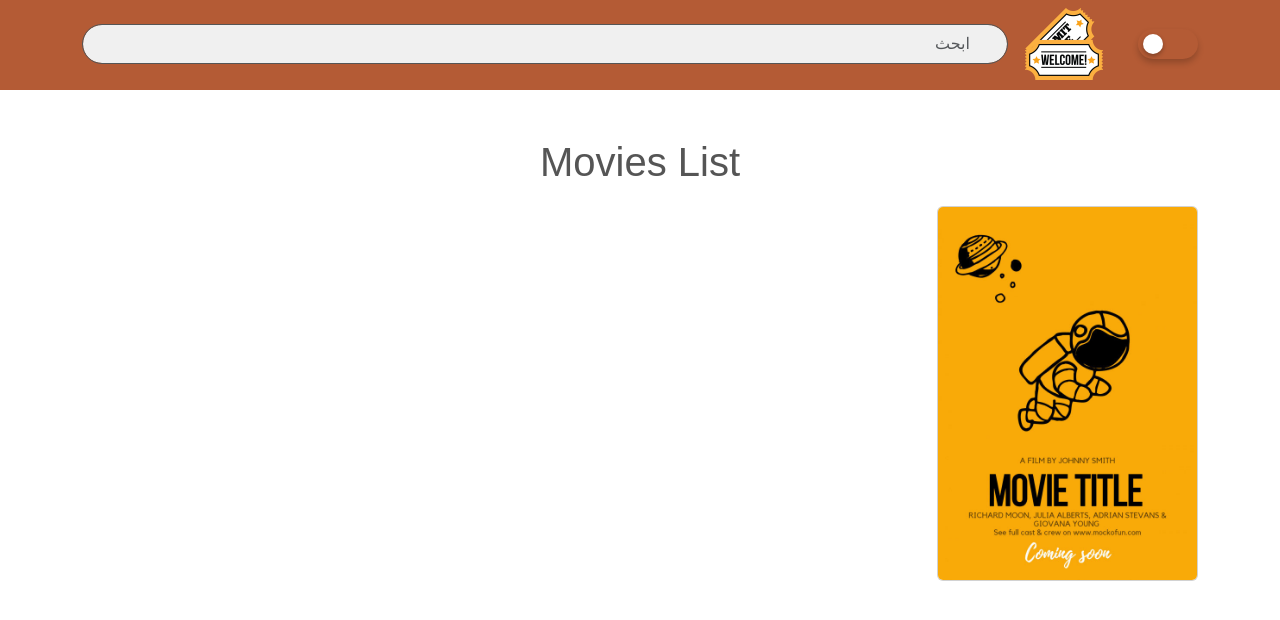
Repository: kerlos-alfy/Movie-List
Page: /
The author's editor kept a copy of each file at every save. The page is drawn from the files as they stood at one save, then again after the next save.
The browser window is 1280 px wide. The pictures show the whole page.
The page's requests for data from a server got no answer. The project was rebuilt for these pictures with package versions that can differ from the ones it lists, and the page was loaded fresh each time. No one was signed in, and anything a server would have sent is missing. Also part of the build but not shown: vite.config.js, src/App.css.

Above is the page before, as saved 2025-01-16 01:56:07.

After the next save:
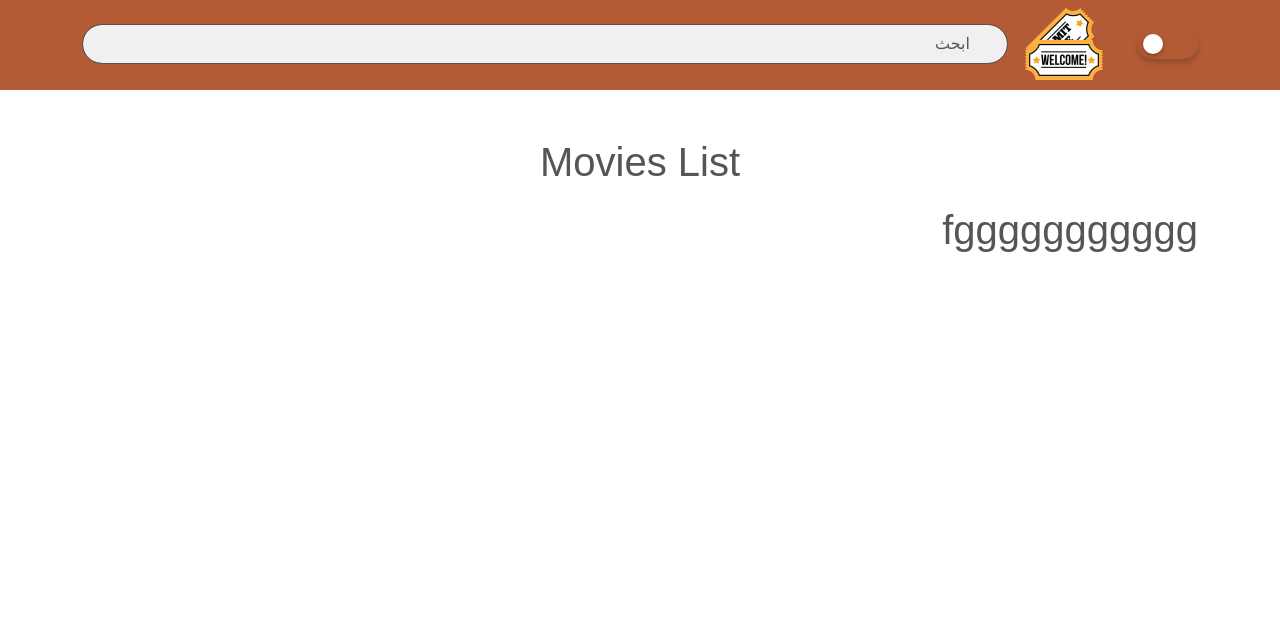
Saved 31 s later.
--- a/src/components/CardMovie.jsx
+++ b/src/components/CardMovie.jsx
@@ -3,17 +3,7 @@
 function CardMovie() {
 	return (
 		<Col xs="6" sm="6" md="4" lg="3" className="my-1">
-			<div className="card">
-				<img className="card__image" src="prof.jpg" alt="hu" />
-				<div className="card__overlay">
-					<div className="overlay__text text-center w-100 p-2">
-						<p>اسم الفيلم : </p>
-						<p>تاريخ الاصدار:</p>
-						<p>عدد المقيمين: </p>
-						<p>التقييم: </p>
-					</div>
-				</div>
-			</div>
+			<h1>fggggggggggg</h1>
 		</Col>
 	);
 }

After the 4 saves that followed:
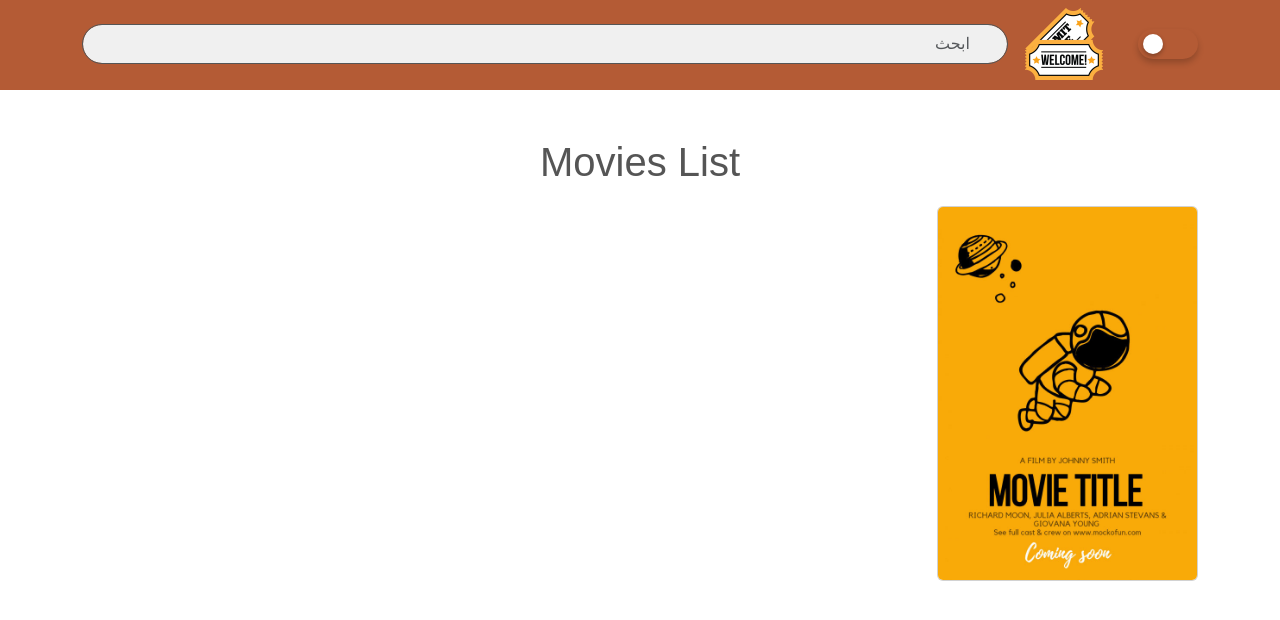
The 4 saves are shown as one change because 3 did not build or start.
The last was saved 3 min 12 s later.
--- a/src/components/CardMovie.jsx
+++ b/src/components/CardMovie.jsx
@@ -1,9 +1,19 @@
 import { Col } from "react-bootstrap";
 
-function CardMovie() {
+function CardMovie({ movies }) {
 	return (
 		<Col xs="6" sm="6" md="4" lg="3" className="my-1">
-			<h1>fggggggggggg</h1>
+			<div className="card">
+				<img className="card__image" src="prof.jpg" alt="hu" />
+				<div className="card__overlay">
+					<div className="overlay__text text-center w-100 p-2">
+						<p>اسم الفيلم : </p>
+						<p>تاريخ الاصدار:</p>
+						<p>عدد المقيمين: </p>
+						<p>التقييم: </p>
+					</div>
+				</div>
+			</div>
 		</Col>
 	);
 }
